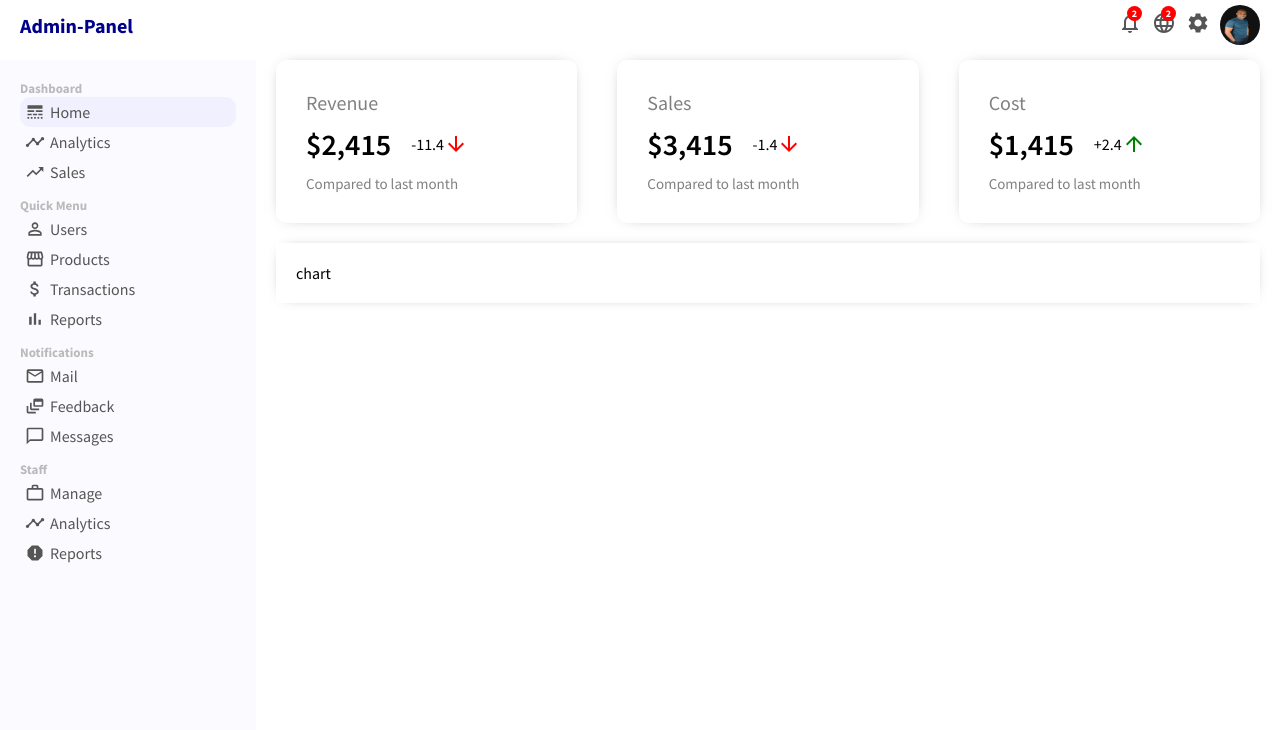
Repository: Samkiroko/admin-panel-ui
Page: /newUser
These files come from the project's save history. The page is drawn as it stood at one moment and after the next save; the edit follows.
The browser window is 1280 px wide. The pictures show the whole page.
The project was rebuilt for these pictures with package versions that can differ from the ones it lists, and the page was loaded fresh each time.

Above is the page before, as saved 2021-09-22 19:30:16.

### public/index.html
<!DOCTYPE html>
<html lang="en">
  <head>
    <meta charset="utf-8" />

    <meta name="viewport" content="width=device-width, initial-scale=1" />
    <meta name="theme-color" content="#000000" />
    <meta
      name="description"
      content="Web site created using create-react-app"
    />
    <link rel="preconnect" href="https://fonts.googleapis.com" />
    <link rel="preconnect" href="https://fonts.gstatic.com" crossorigin />
    <link
      href="https://fonts.googleapis.com/css2?family=Source+Sans+Pro:wght@200;300;400;600;700;900&display=swap"
      rel="stylesheet"
    />

    <style>
      * {
        font-family: "Source Sans Pro", sans-serif;
        margin: 0;
      }
    </style>
    <title>React admin panel</title>
  </head>

  <body>
    <noscript>You need to enable JavaScript to run this app.</noscript>
    <div id="root"></div>
  </body>
</html>

### src/App.js
import Sidebar from './components/sidebar/Sidebar'
import Topbar from './components/topbar/Topbar'
import './app.css'
import Home from './pages/home/Home'

function App() {
  return (
    <div className='App'>
      <Topbar />
      <div className='container'>
        <Sidebar />
        <Home />
      </div>
    </div>
  )
}

export default App

### src/components/sidebar/Sidebar.js
import {
  LineStyle,
  Timeline,
  TrendingUp,
  PermIdentity,
  Storefront,
  AttachMoney,
  BarChart,
  MailOutline,
  DynamicFeed,
  ChatBubbleOutline,
  WorkOutline,
  Report,
} from '@material-ui/icons'
import React from 'react'
import './sidebar.css'

const Sidebar = () => {
  return (
    <div className='sidebar'>
      <div className='sidebarWrapper'>
        <div className='sidebarMenu'>
          <h3 className='sidebarTitle'>Dashboard</h3>
          <ul className='sidebarList'>
            <li className='sidebarListItem active'>
              <LineStyle className='sidebarIcon' />
              Home
            </li>

            <li className='sidebarListItem'>
              <Timeline className='sidebarIcon' />
              Analytics
            </li>
            <li className='sidebarListItem'>
              <TrendingUp className='sidebarIcon' />
              Sales
            </li>
          </ul>
        </div>
        <div className='sidebarMenu'>
          <h3 className='sidebarTitle'>Quick Menu</h3>
          <ul className='sidebarList'>
            <li className='sidebarListItem'>
              <PermIdentity className='sidebarIcon' />
              Users
            </li>

            <li className='sidebarListItem'>
              <Storefront className='sidebarIcon' />
              Products
            </li>

            <li className='sidebarListItem'>
              <AttachMoney className='sidebarIcon' />
              Transactions
            </li>
            <li className='sidebarListItem'>
              <BarChart className='sidebarIcon' />
              Reports
            </li>
          </ul>
        </div>
        <div className='sidebarMenu'>
          <h3 className='sidebarTitle'>Notifications</h3>
          <ul className='sidebarList'>
            <li className='sidebarListItem'>
              <MailOutline className='sidebarIcon' />
              Mail
            </li>
            <li className='sidebarListItem'>
              <DynamicFeed className='sidebarIcon' />
              Feedback
            </li>
            <li className='sidebarListItem'>
              <ChatBubbleOutline className='sidebarIcon' />
              Messages
            </li>
          </ul>
        </div>
        <div className='sidebarMenu'>
          <h3 className='sidebarTitle'>Staff</h3>
          <ul className='sidebarList'>
            <li className='sidebarListItem'>
              <WorkOutline className='sidebarIcon' />
              Manage
            </li>
            <li className='sidebarListItem'>
              <Timeline className='sidebarIcon' />
              Analytics
            </li>
            <li className='sidebarListItem'>
              <Report className='sidebarIcon' />
              Reports
            </li>
          </ul>
        </div>
      </div>
    </div>
  )
}

export default Sidebar

### src/components/topbar/Topbar.js
import React from 'react'
import './topbar.css'
import { Language, NotificationsNone, Settings } from '@material-ui/icons'
import avatar from '../../images/sam_pic.jpeg'
const Topbar = () => {
  return (
    <div className='topbar'>
      <div className='topbarWrapper'>
        <div className='topLeft'>
          <span className='logo'>Admin-Panel</span>
        </div>
        <div className='topRight'>
          <div className='topbarIconContainer'>
            <NotificationsNone />
            <span className='topIconBadge'>2</span>
          </div>
          <div className='topbarIconContainer'>
            <Language />
            <span className='topIconBadge'>2</span>
          </div>
          <div className='topbarIconContainer'>
            <Settings />
          </div>
          <img src={avatar} alt='avatar' className='topAvatar' />
        </div>
      </div>
    </div>
  )
}

export default Topbar

### src/app.css
.container {
    display: flex;
    margin-top: 10px;
}

### src/pages/home/Home.js
import React from 'react'
import Chart from '../../components/chart/Chart'
import FeatureInfo from '../../components/featuredInfo/FeatureInfo'
import './home.css'

const Home = () => {
  return (
    <div className='home'>
      <FeatureInfo />
      <Chart />
    </div>
  )
}

export default Home

### src/components/sidebar/sidebar.css
.sidebar {
    flex: 1;
    height: calc(100vh - 50px);
    background-color: rgb(251, 251, 255);
    position: sticky;
    top: 50px;
}

.sidebarWrapper {
    padding: 20px;
    color: #555;
}

.sidebarMenu {
    margin-bottom: 10px;
}

.sidebarTitle {
    font-size: 13px;
    color: rgb(187, 186, 186);
}

.sidebarList {
    list-style: none;
    padding: 0;
}

.sidebarListItem {
    padding: 5px;
    cursor: pointer;
    display: flex;
    align-items: center;
    border-radius: 10px;
}

.sidebarListItem.active,
.sidebarListItem:hover {
    background-color: rgb(240, 240, 255);
}

.sidebarIcon {
    margin-right: 5px;
    font-size: 20px !important;
}

### src/components/topbar/topbar.css
.topbar {
    width: 100%;
    height: 50px;
    background-color: white;
    position: sticky;
    top: 0;
    z-index: 999;
}

.topbarWrapper {
    height: 100%;
    padding: 0px 20px;
    display: flex;
    align-items: center;
    justify-content: space-between;
}

.logo {
    font-weight: bold;
    font-size: 20px;
    color: darkblue;
    cursor: pointer;
}

.topbarIconContainer {
    position: relative;
    align-items: center;
    margin-right: 10px;
    color: #555;
}

.topIconBadge {
    width: 15px;
    height: 15px;
    position: absolute;
    top: -5px;
    right: 0px;
    background-color: red;
    color: white;
    border-radius: 50%;
    display: flex;
    align-items: center;
    justify-content: center;
    font-size: 10px;
    font-weight: bold;
}

.topRight {
    display: flex;
    align-items: center;
    cursor: pointer;
}

.topAvatar {
    width: 40px;
    height: 40px;
    border-radius: 50%;
    cursor: pointer;
}

### src/components/chart/Chart.js
import React from 'react'
import './chart.css'

const Chart = () => {
  return <div className='chart'>chart</div>
}

export default Chart

### src/components/featuredInfo/FeatureInfo.js
import { ArrowDownward, ArrowUpward } from '@material-ui/icons'
import React from 'react'
import './featureInfo.css'

const FeatureInfo = () => {
  return (
    <div className='featured'>
      <div className='featuredItem'>
        <span className='featuredTitle'>Revenue</span>
        <div className='featuredMoneyContainer'>
          <span className='featuredMoney'>$2,415</span>
          <span className='featuredMoneyRate'>
            -11.4
            <ArrowDownward className='featuredIcon negative' />
          </span>
        </div>
        <span className='featuredSub'>Compared to last month</span>
      </div>
      <div className='featuredItem'>
        <span className='featuredTitle'>Sales</span>
        <div className='featuredMoneyContainer'>
          <span className='featuredMoney'>$3,415</span>
          <span className='featuredMoneyRate'>
            -1.4
            <ArrowDownward className='featuredIcon negative' />
          </span>
        </div>
        <span className='featuredSub'>Compared to last month</span>
      </div>{' '}
      <div className='featuredItem'>
        <span className='featuredTitle'>Cost</span>
        <div className='featuredMoneyContainer'>
          <span className='featuredMoney'>$1,415</span>
          <span className='featuredMoneyRate'>
            +2.4
            <ArrowUpward className='featuredIcon ' />
          </span>
        </div>
        <span className='featuredSub'>Compared to last month</span>
      </div>
    </div>
  )
}

export default FeatureInfo

### src/pages/home/home.css
.home {
    flex: 4;
}

### src/components/chart/chart.css
.chart {
    margin: 20px;
    padding: 20px;
    cursor: pointer;
    -webkit-box-shadow: 0px 0px 15px -10px rgba(0, 0, 0, 0.75);
    box-shadow: 0px 0px 15px -10px rgba(0, 0, 0, 0.75);
}

### src/components/featuredInfo/featureInfo.css
.featured {
    width: 100%;
    display: flex;
    justify-content: space-between;
}

.featuredItem {
    flex: 1;
    margin: 0px 20px;
    padding: 30px;
    border-radius: 10px;
    cursor: pointer;
    -webkit-box-shadow: 0px 0px 15px -10px rgba(0, 0, 0, 0.75);
    box-shadow: 0px 0px 15px -10px rgba(0, 0, 0, 0.75);
}

.featuredTitle {
    font-size: 20px;
    color: gray;
}

.featuredMoneyContainer {
    margin: 10px 0px;
    display: flex;
    align-items: center;
}

.featuredMoney {
    font-size: 30px;
    font-weight: 600;
}

.featuredMoneyRate {
    display: flex;
    align-items: center;
    margin-left: 20px;
}

.featuredIcon {
    font-size: 14px;
    margin-right: 5px;
    color: green;
}

.featuredIcon.negative {
    color: red;
}

.featuredSub {
    font-size: 15px;
    color: gray;
}

Loaded but not shown: src/index.js (common file); src/index.css (common file)

After the next save:
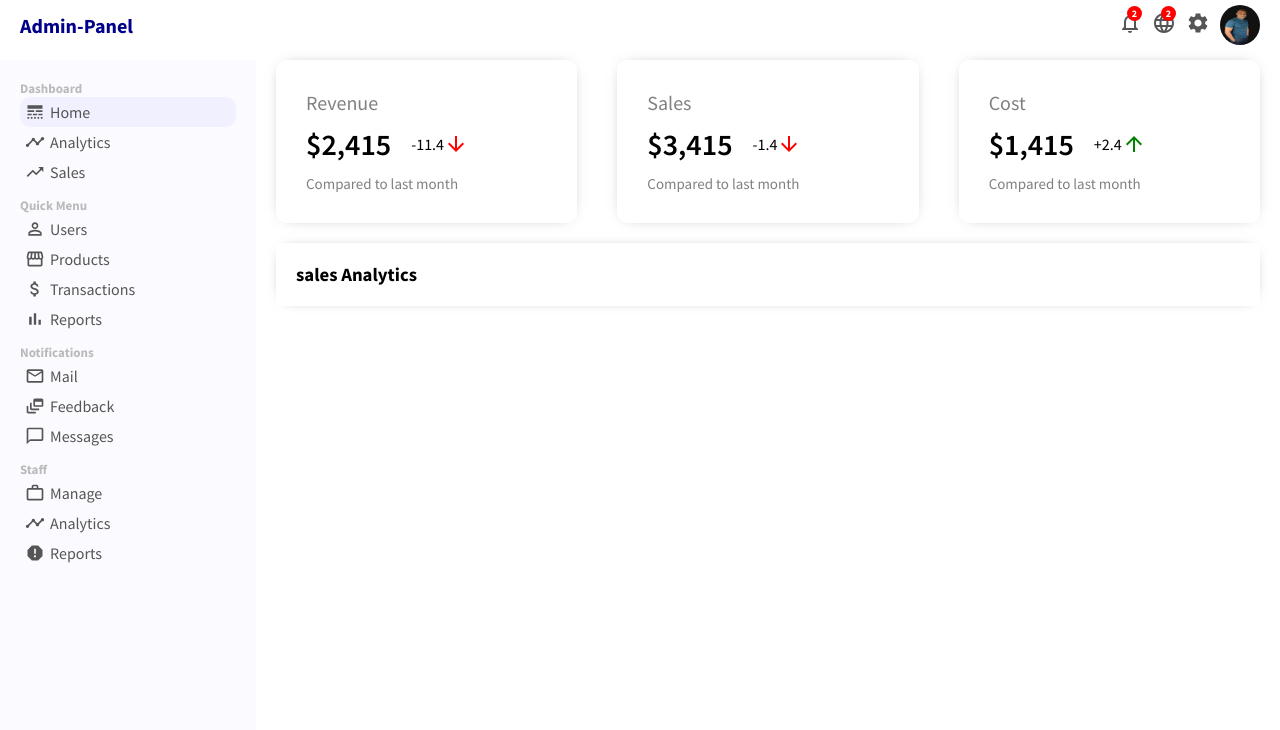
Saved 5 min 36 s later.
--- a/src/components/chart/Chart.js
+++ b/src/components/chart/Chart.js
@@ -2,7 +2,11 @@ import React from 'react'
 import './chart.css'
 
 const Chart = () => {
-  return <div className='chart'>chart</div>
+  return (
+    <div className='chart'>
+      <h3 className='chartTitle'>sales Analytics</h3>
+    </div>
+  )
 }
 
 export default Chart
